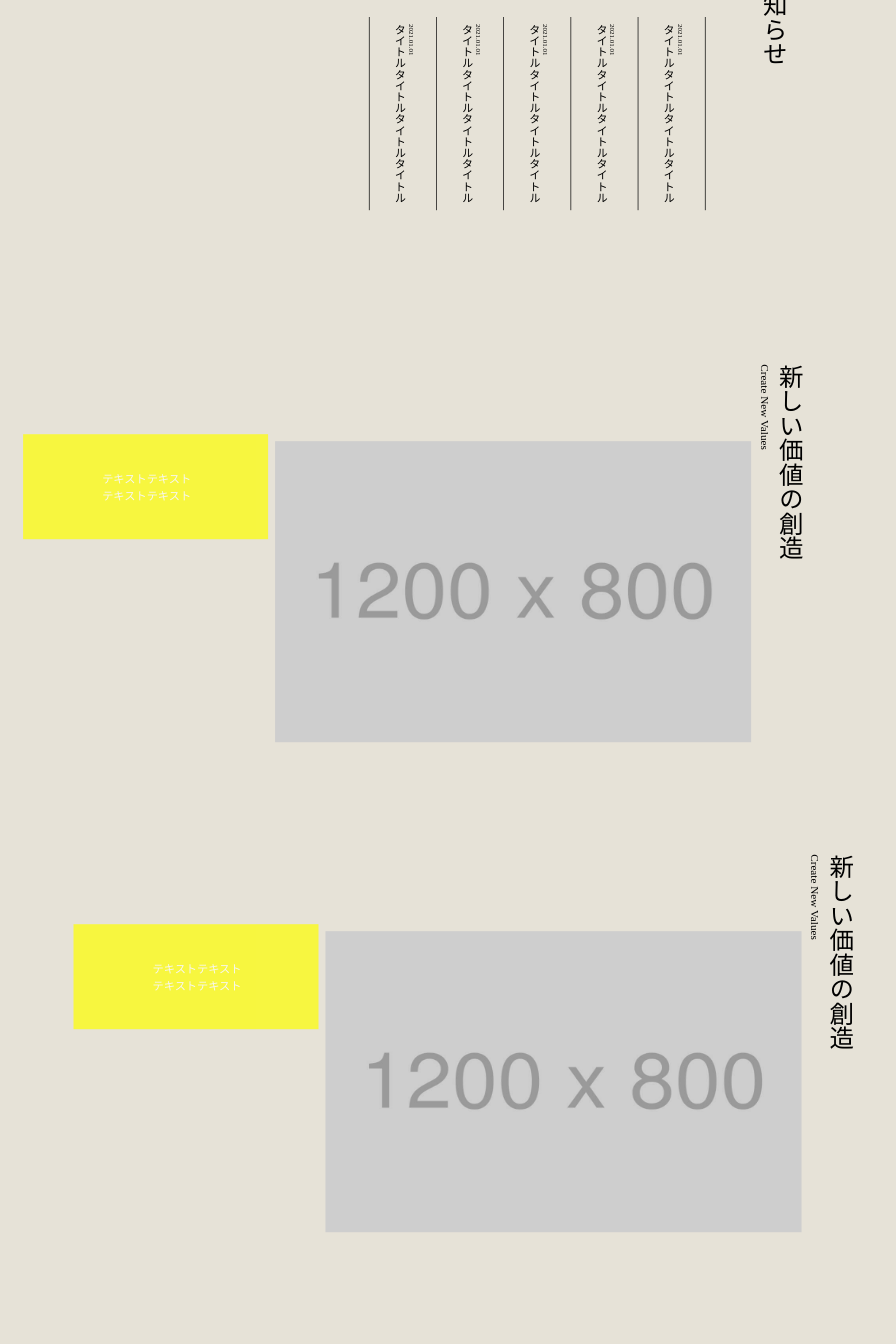
Repository: n19880405nick/challenge
Page: Codestep/Sousaku/sousaku.html
The author's editor kept a record of every edit. The page is drawn from the files as they stood at one moment, then again after the next edit.
The browser window is 1280 px wide. The pictures show the part of the page from y = 916 to 2836 px (the page is 2836 px tall), at 70% of full size.

Above is the page before.

### Codestep/Sousaku/sousaku.html
<!DOCTYPE html>
<html lang="ja">
  <head>
    <meta charset="UTF-8">
    <meta name="viewport" content="width=device-width, initial-scale=1.0">
    <title>創作</title>
    <link rel="stylesheet" href="sousaku.css">
    <link rel="shortcut icon" href="img/favicon.ico">
    <link rel="preconnect" href="https://fonts.googleapis.com">
    <link rel="preconnect" href="https://fonts.gstatic.com" crossorigin>
    <link href="https://fonts.googleapis.com/css2?family=Noto+Serif+JP&display=swap" rel="stylesheet">
  </head>

  <body>
    <header>
      <nav>
        <ul>
          <li><a href="#logo"><img class="logo" src="img/logo.svg"></a></li>
          <li><a href="#news">お知らせ</a></li>
          <li><a href="#item">商品のご紹介</a></li>
          <li><a href="#shop">店舗のご案内</a></li>
        </ul>
      </nav>
      <div id="store">
        <a href="" target="_blank" rel="noopener noreferrer"><span class="store">オンラインストアを見る</span></a>
      </div>
    </header>

    <main>
      <div id="news">
        <p class="subtitle">News</p>
        <p class="title">お知らせ</p>
        <div class="news-contents">
          <div class="news-content">
            <time datetime="2021-1-1">2021.01.01</time>
            <span class="news-text">タイトルタイトルタイトルタイトル</span>
          </div>
          <div class="news-content">
            <time datetime="2021-1-1">2021.01.01</time>
            <span class="news-text">タイトルタイトルタイトルタイトル</span>
          </div>
          <div class="news-content">
            <time datetime="2021-1-1">2021.01.01</time>
            <span class="news-text">タイトルタイトルタイトルタイトル</span>
          </div>
          <div class="news-content">
            <time datetime="2021-1-1">2021.01.01</time>
            <span class="news-text">タイトルタイトルタイトルタイトル</span>
          </div>
          <div class="news-content">
            <time datetime="2021-1-1">2021.01.01</time>
            <span class="news-text">タイトルタイトルタイトルタイトル</span>
          </div>
        </div>
      </div>

      <div id="item">
        <p class="title">新しい価値の創造</p>
        <span class="subtitle">Create New Values</p>
        <div id="item-image">
          <img class="item-image" src="img/products1.jpg">
          <div class="item-text-frame">
            <span class="item-text">テキストテキスト<br>テキストテキスト</span>
          </div>
        </div>
      </div>

      <div id="item2">
        <p class="title">新しい価値の創造</p>
        <span class="subtitle">Create New Values</p>
        <div id="item-image">
          <img class="item-image" src="img/products1.jpg">
          <div class="item-text-frame">
            <span class="item-text">テキストテキスト<br>テキストテキスト</span>
          </div>
        </div>
      </div>

    </main>
    <footer></footer>
  </body>
</html>

### Codestep/Sousaku/sousaku.css
*{
  margin: 0;
  padding: 0;
  box-sizing: border-box;
}

body{
  font-family: 'Noto Serif JP', serif;
  background-color: #e6e2d7;
}

header{
  width: 100vw;
  height: 100vh;
  background-image: url("img/mainvisual-pc.jpg");
  background-size: cover;
  background-position: center;
  position: relative;
  writing-mode: vertical-rl;
}

nav{
  padding: 50px;
}

li{
  list-style: none;
  margin: 0 20px;
}

.logo{
  width: 100px;
  height: 100px;
}

a{
  text-decoration: none;
  color: white;
}

#store{
  position: absolute;
  bottom: 25px;
  left: 40px;
  width: 80px;
  height: 250px;
  background-color: black;
}

#store a{
  padding: 25px 20px;
  border: solid 1px white;
  position: absolute;
  bottom: 10px;
  left: 8px;
}

#store a:hover{
  opacity: 0.7;
}

#news, #item, #item2{
  width: 1024px;
  margin: 150px auto;
  writing-mode: vertical-rl;
}

.subtitle{
  margin-left: 5px;
}

.title{
  font-size: 35px;
}

.news-contents{
  margin: 70px;
}

.news-content{
  padding: 10px 30px;
  border-left: solid 1px black;
  display: flex;
  flex-direction: column;
}

.news-content:nth-child(1){
  border-right: solid 1px black;
}

time{
  font-size: 10px;
}

#item-image{
  margin-top: 100px;
  position: relative;
}

.item-image{
  width: 700px;
  height: 450px;
  padding: 10px;
}

.item-text-frame{
  width: 350px;
  height: 150px;
  background-color: yellow;
  opacity: 0.7;
  position: absolute;
  text-align: center;
}

.item-text-frame:nth-child(1){
  bottom: 0;
  right: 0;
}

.item-text{
  writing-mode: horizontal-tb;
  color: white;
  margin-right: 110px;
}

#item2{
  margin-left: 200px;
}

After the next edit:
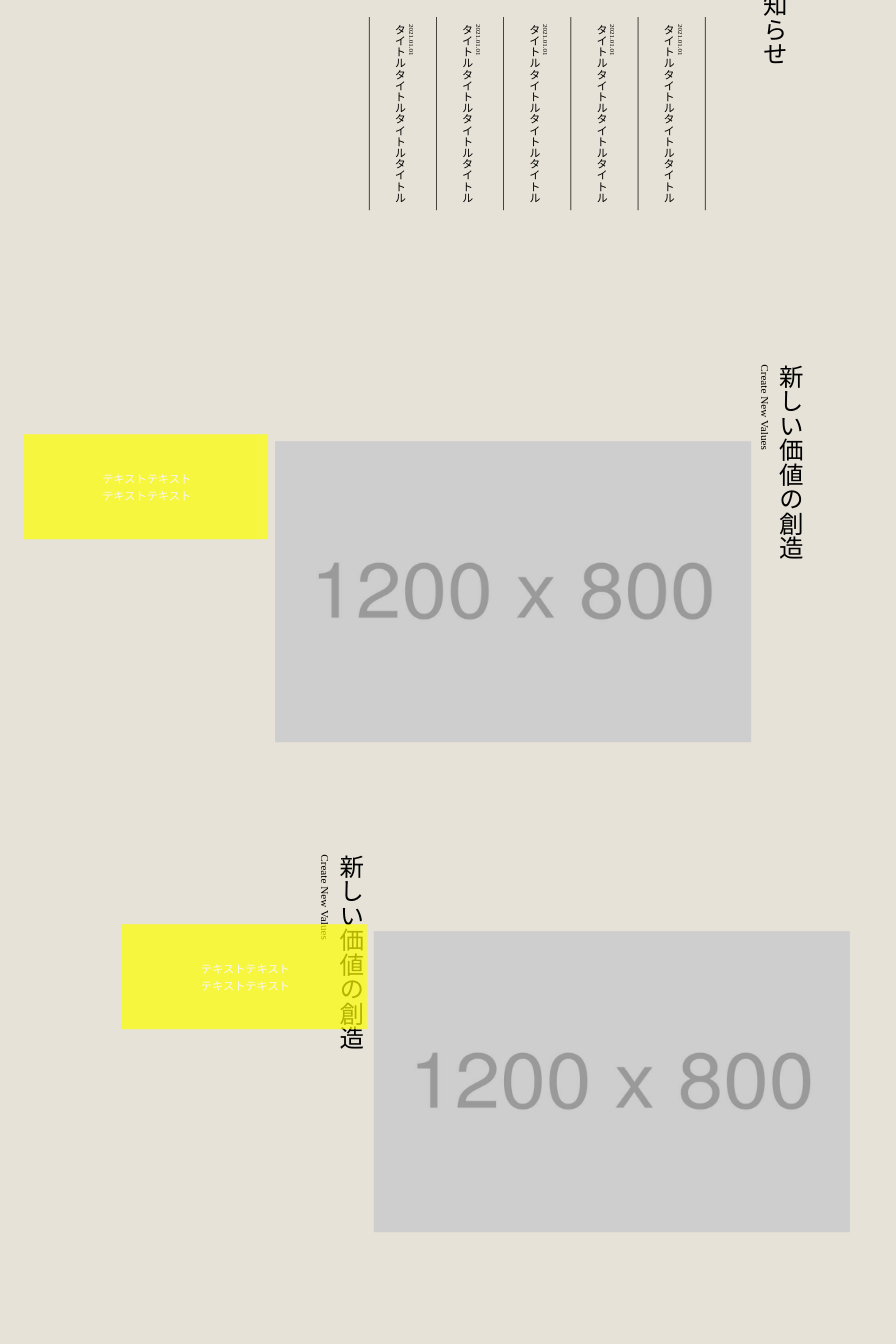
The edit:
--- a/Codestep/Sousaku/sousaku.html
+++ b/Codestep/Sousaku/sousaku.html
@@ -66,14 +66,14 @@
       </div>
 
       <div id="item2">
-        <p class="title">新しい価値の創造</p>
-        <span class="subtitle">Create New Values</p>
         <div id="item-image">
-          <img class="item-image" src="img/products1.jpg">
+          <img class="item-image" src="img/products2.jpg">
           <div class="item-text-frame">
             <span class="item-text">テキストテキスト<br>テキストテキスト</span>
           </div>
         </div>
+        <p class="title">新しい価値の創造</p>
+        <span class="subtitle">Create New Values</p>
       </div>
 
     </main>
